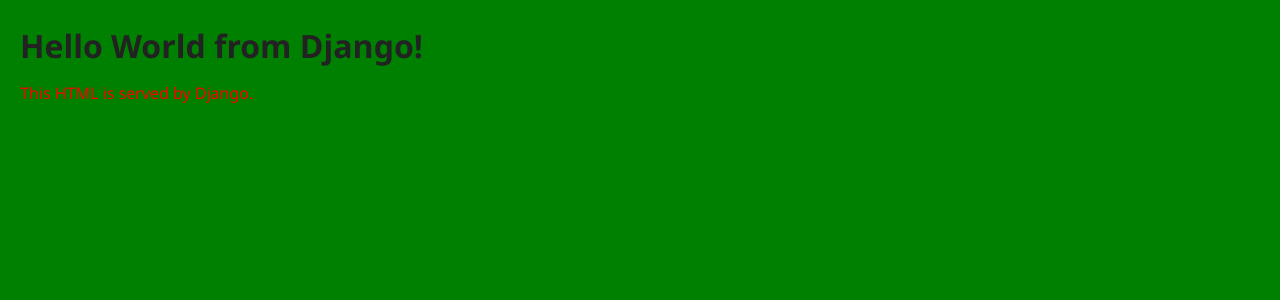
Repository: flyWithWater/MSE-800-PSE2507
Page: http://localhost/polls/
The author's editor kept a copy of each file at every save. The page is drawn from the files as they stood at one save, then again after the next save.
The browser window is 1280 px wide. The pictures show the whole page.
The page is served by the project's application, run on Django 5.2 (week_12/Django/manage.py). Other server files are loaded and not shown.

Above is the page before, as saved 2025-10-20 10:42:35.

### week_12/Django/polls/templates/hello_world.html
{% load static %}
<!DOCTYPE html>
<html>
    <link rel="stylesheet" href="{% static 'style.css' %}">
  <head>
    <title>Hello Django</title>
  </head>
  <body  class="body">
    <h1>Hello World from Django!</h1>
    <p class="content_text">This HTML is served by Django.</p>
  </body>
</html>

### week_12/Django/polls/views.py
from django.shortcuts import render

# Create your views here.
from django.shortcuts import render



def index(request):
    return render(request,'hello_world.html')

### week_12/Django/mysite/urls.py
"""
URL configuration for mysite project.

The `urlpatterns` list routes URLs to views. For more information please see:
    https://docs.djangoproject.com/en/5.2/topics/http/urls/
Examples:
Function views
    1. Add an import:  from my_app import views
    2. Add a URL to urlpatterns:  path('', views.home, name='home')
Class-based views
    1. Add an import:  from other_app.views import Home
    2. Add a URL to urlpatterns:  path('', Home.as_view(), name='home')
Including another URLconf
    1. Import the include() function: from django.urls import include, path
    2. Add a URL to urlpatterns:  path('blog/', include('blog.urls'))
"""

from django.contrib import admin
from django.urls import path,include


urlpatterns = [
    path("admin/", admin.site.urls),
    path("polls",include("polls.urls")),

]

### week_12/Django/polls/urls.py
from django.urls import URLPattern, path,include
from django.contrib import admin

from . import views

urlpatterns = [
    path("/",views.index,name = "index"),

]

### week_12/Django/polls/static/style.css
/* ===============================
   Basic CSS Structure Template
   Author: your_name
   Date: 2025-10-19
   Description: Global style for Django web pages
================================= */

/* -------- 1. Reset some browser defaults -------- */
* {
    margin: 0;
    padding: 0;
    box-sizing: border-box;
}

/* -------- 2. Global settings -------- */
html {
    font-size: 16px;
    scroll-behavior: smooth;
}

body {
    font-family: 'Segoe UI', Arial, sans-serif;
    background-color: green;   /* light gray background */
    color: #666;                 /* text color */
    line-height: 1.6;
    padding: 20px;
}

/* -------- 3. Headings and text -------- */
h1, h2, h3, h4, h5, h6 {
    color: #222;
    margin-bottom: 10px;
}

p {
    margin-bottom: 1em;
    color: red;
}

/* -------- 4. Links -------- */
a {
    color: #007bff;
    text-decoration: none;
}

a:hover {
    text-decoration: underline;
}

/* -------- 5. Layout helpers -------- */
.container {
    width: 90%;
    max-width: 1200px;
    margin: 0 auto; /* center horizontally */
}

.center-text {
    text-align: center;
}

/* -------- 6. Buttons -------- */
button {
    background-color: #007bff;
    color: white;
    border: none;
    padding: 10px 15px;
    border-radius: 5px;
    cursor: pointer;
}

button:hover {
    background-color: #0056b3;
}

/* -------- 7. Footer -------- */
footer {
    text-align: center;
    padding: 15px;
    font-size: 0.9em;
    color: #666;
}

After the next save:
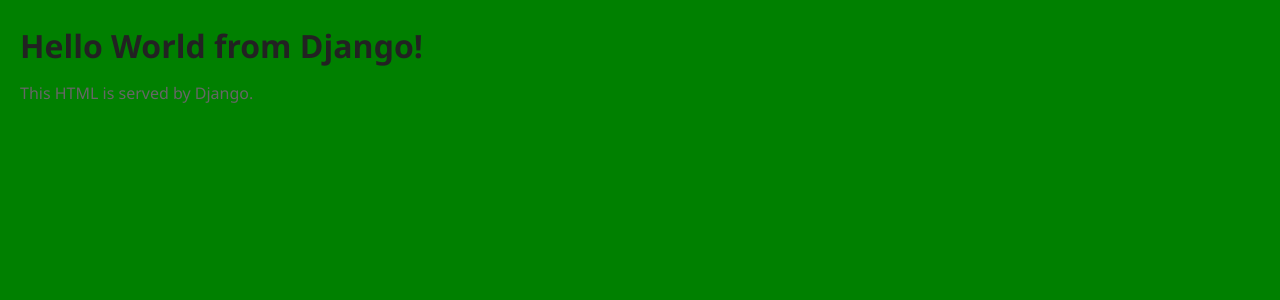
Saved 2 s later.
--- a/week_12/Django/polls/static/style.css
+++ b/week_12/Django/polls/static/style.css
@@ -32,7 +32,7 @@
     margin-bottom: 10px;
 }
 
-p {
+content_text {
     margin-bottom: 1em;
     color: red;
 }
